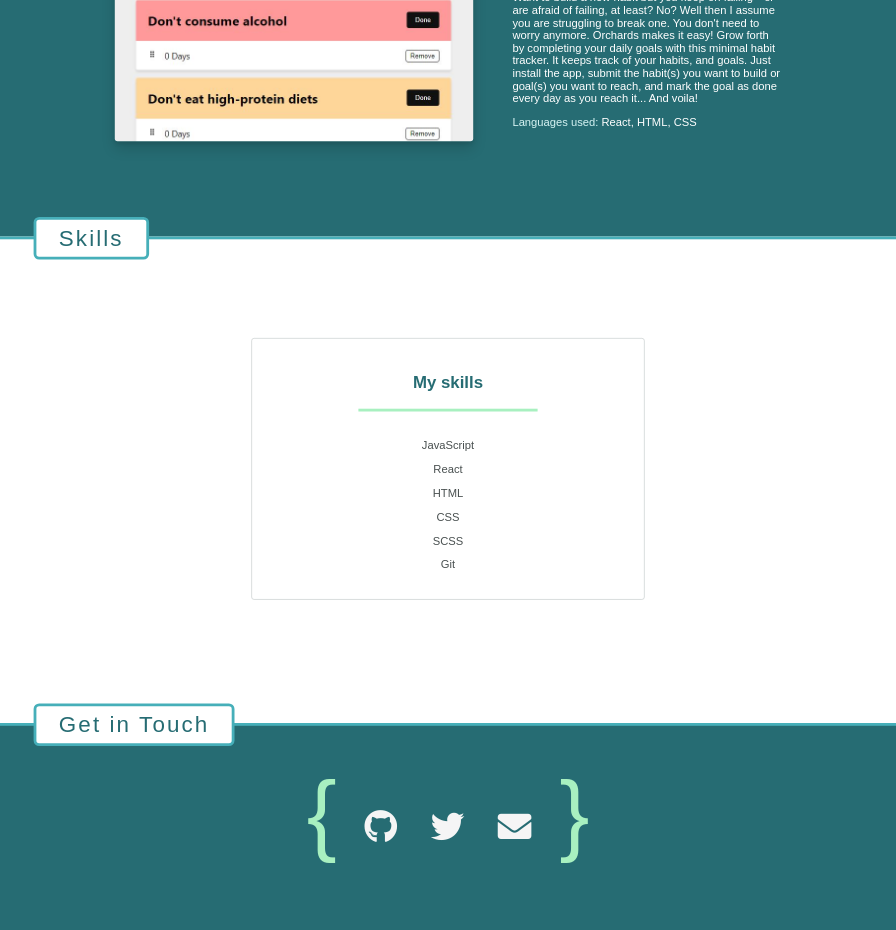
Repository: Abbaskhurram255/port
Page: /
The author's editor kept a copy of each file at every save. The page is drawn from the files as they stood at one save, then again after the next save.
The browser window is 1280 px wide. The pictures show the part of the page from y = 1757 to 3677 px (the page is 3086 px tall before and 3998 px after), at 70% of full size.
The page's requests for data from a server got no answer. Some web fonts or font styles are not loaded; a fallback is used. Some web libraries are served in a nearby version. The project was rebuilt for these pictures with package versions that can differ from the ones it lists, and the page was loaded fresh each time. No one was signed in, and anything a server would have sent is missing.

Above is the page before, as saved 2021-01-11 15:27:08.

### public/index.html
<!DOCTYPE html>
<html lang="en">
  <head>
    <meta charset="utf-8" />
    <meta
      name="viewport"
      content="width=device-width, initial-scale=1, shrink-to-fit=no"
    />
    <meta name="theme-color" content="#000000" />
    <meta property="og:title" content="Alex' Portfolio" />
    <meta
      property="og:description"
      content="A portfolio of web applications by Alex/ Khurram"
    />
    <meta property="og:url" content="https://www.abbaskhurram255.github.io/" />
    <meta property="og:image" content="/images/portfolio-home.jpg" />
    <title>Alex' Portfolio</title>
    <link
      href="https://fonts.googleapis.com/css?family=Muli:300,400,600,700"
      rel="stylesheet"
    />
    <link
      rel="stylesheet"
      href="https://use.fontawesome.com/releases/v5.4.2/css/all.css"
      integrity="sha384-/rXc/GQVaYpyDdyxK+ecHPVYJSN9bmVFBvjA/9eOB+pb3F2w2N6fc5qB9Ew5yIns"
      crossorigin="anonymous"
    />
  </head>

  <body>
    <noscript>You need to enable JavaScript to run this app.</noscript>
    <div id="root"></div>
  </body>
</html>

### src/index.tsx
import React from "react";
import ReactDOM from "react-dom";
import App from "./App";
import * as serviceWorker from "./serviceWorker";
import "./styles/styles.scss";

ReactDOM.render(<App />, document.getElementById("root"));

// If you want your app to work offline and load faster, you can change
// unregister() to register() below. Note this comes with some pitfalls.
// Learn more about service workers: http://bit.ly/CRA-PWA
serviceWorker.unregister();

### src/App.tsx
import * as React from "react";
import Contact from "./components/Contact";
import Home from "./components/Home";
import Navbar from "./components/Navbar";
import RecentWork from "./components/RecentWork";
import Skills from "./components/Skills";

class App extends React.Component {
  public render() {
    return (
      <div>
        <Navbar />
        <Home />
        <RecentWork />
        <Skills />
        <Contact />
      </div>
    );
  }
}

export default App;

### src/styles/styles.scss
@import "./base/settings";
@import "./base/base";
@import "./components/navbar";
@import "./components/home";
@import "./components/images";
@import "./components/recent-works";
@import "./components/projects";
@import "./components/project";
@import "./components/skills";
@import "./components/skill";
@import "./components/contact";
@import "./components/social";
@import "./components/section-title";

### src/components/Contact.tsx
import * as React from "react";
import utils from "../utils/constants";
import Social from "./Social";
import Title from "./Title";

const { GITHUB_URL, TWITTER_URL } = utils.social;
const { EMAIL } = utils.contact;

const Contact = () => {
  return (
    <div id="contact" className="contact">
      <Title title="Get in Touch" parentComponent="contact" />
      <div className="contact__social-links">
        <p className="contact__brackets">{"{"}</p>
        <Social socialIcon="fab fa-github" socialUrl={GITHUB_URL} />
        <Social socialIcon="fab fa-twitter" socialUrl={TWITTER_URL} />
        <Social socialIcon="fas fa-envelope" socialUrl={`mailto:${EMAIL}`} />
        <p className="contact__brackets">{"}"}</p>
      </div>
    </div>
  );
};

export default Contact;

### src/components/Home.tsx
import * as React from "react";
import Image from "./Image";
import Text from "./Text";
import Title from "./Title";

const Home = () => {
  return (
    <div className="home">
      <div className="home__text-container">
        <Title
          title="<Alex Puth (aka Khurram) />"
          parentComponent="home"
          subTitle="Front-End Developer"
        />
        <Text parentComponent="home" mobile="" />
      </div>
      <Image
        src="/images/headshot.jpg"
        alt="Headshot of Alex Puth"
        parentComponent="home"
      />
      <Text parentComponent="home" mobile="--mobile" />
    </div>
  );
};

export default Home;

### src/components/Navbar.tsx
import * as React from "react";

interface INavbarState {
  linkClass: string;
  isToggled: boolean;
}

class Navbar extends React.Component {
  public state = {
    isToggled: true,
    linkClass: "navbar__link"
  };

  public toggleNav = () => {
    const { isToggled } = this.state;
    this.setState({ isToggled: !isToggled });
    isToggled
      ? this.setState({ linkClass: "navbar__link--show" })
      : this.setState({ linkClass: "navbar__link" });
  };

  public render() {
    return (
      <div className="navbar">
        <a className="navbar__brand" href="#">
          <p className="navbar__brand-text">AP</p>
        </a>
        <i onClick={this.toggleNav} className="fas fa-bars navbar__hamburger" />
        <div className="navbar__link-box">
          <a className={this.state.linkClass} href="#">
            <p className="navbar__link-text">Home</p>
          </a>

          <a className={this.state.linkClass} href="#recent-works">
            <p className="navbar__link-text">Recent Work</p>
          </a>

          <a className={this.state.linkClass} href="#skills">
            <p className="navbar__link-text">Skills</p>
          </a>

          <a className={this.state.linkClass} href="#contact">
            <p className="navbar__link-text">Contact</p>
          </a>
        </div>
      </div>
    );
  }
}
export default Navbar;

### src/components/RecentWork.tsx
import * as React from "react";
import Projects from "./Projects";
import Title from "./Title";

const RecentWork = () => {
  return (
    <div id="recent-works" className="recent-works">
      <Title title="Recent Work" parentComponent="recent-works" />
      <Projects />
    </div>
  );
};

export default RecentWork;

### src/components/Skills.tsx
import * as React from "react";
import Skill from "./Skill";
import Title from "./Title";

const Skills = () => {
  const technicalSkills: string[] = [
    "JavaScript",
    "React",
    "HTML",
    "CSS",
    "SCSS",
    "Git"
  ];

  return (
    <div id="skills" className="skills">
      <Title title={"Skills"} parentComponent="skills" />
      <div className="skills__set-box">
        <Skill title="My skills" skills={technicalSkills} />
      </div>
    </div>
  );
};

export default Skills;

### src/styles/base/_base.scss
html {
  font-size: 62.5%;
  scroll-behavior: smooth;
}

body {
  margin: 0;
  background-color: $white;
}

button {
  cursor: pointer;
}

button:disabled {
  cursor: default;
}

### src/styles/components/_home.scss
.home {
  display: flex;
  flex-direction: column;
  justify-content: space-around;
  margin: $size-10 auto $size-8 auto;
  max-width: 100rem;
  padding: 0 $size-4;
  @media (min-width: $breakpoint-1) {
    margin: $size-10 25% $size-9 25%;
  }
  @media (min-width: $breakpoint-2) {
    flex-direction: row;
    margin: $size-10 auto $size-12 auto;
  }
}

.home__title-box {
  align-items: center;
  display: flex;
  flex-direction: column;
  justify-content: center;
  margin-top: $size-3;
  @media (min-width: $breakpoint-2) {
    margin: 0;
    margin-left: -$size-9;
    align-items: flex-start;
  }
}

.home__title {
  color: $primary-7;
  font-family: $header;
  font-size: $size-6;
  font-weight: 700;
  letter-spacing: 0.3rem;
  line-height: 1;
  margin: 0;
  @media (min-width: $breakpoint-1) {
    font-size: $size-6;
  }
  @media (min-width: $breakpoint-2 - 13) {
    font-size: $size-7;
  }
  @media (min-width: $breakpoint-3) {
    font-size: 7.2rem;
  }
}

.home__subtitle {
  color: $gray-5;
  font-family: $header;
  font-size: $size-4;
  font-weight: 300;
  margin: $size-3 0;
  @media (min-width: $breakpoint-1) {
    font-size: 1.8rem;
  }
  @media (min-width: $breakpoint-2 - 13) {
    font-size: $size-5;
  }
  @media (min-width: $breakpoint-3) {
    font-size: $size-6;
  }
}

.home__text-container {
  display: flex;
  flex-direction: column;
  justify-content: flex-end;
}

.home__text-box {
  border-left: $size-1 solid $secondary-2;
  margin-top: $size-6;
  padding: $size-5 $size-4;
  width: $size-14;
  @media (max-width: $breakpoint-2 - 1) {
    display: none;
  }
}

.home__text-box--mobile {
  border-left: $size-1 solid $secondary-2;
  box-sizing: border-box;
  margin-top: $size-6;
  padding: $size-2;
  width: 100%;
  @media (min-width: $breakpoint-2) {
    display: none;
  }
}

.home__text {
  color: $gray-7;
  font-family: $text;
  font-size: $size-3;
  line-height: 2;
  margin: 0;
  padding: $size-2;
  @media (min-width: $breakpoint-2) {
    font-size: $size-4;
  }
}

.home__text-link {
  @extend .home__text;
  color: $primary-7;
  padding: 0;
  text-decoration: none;
}

.home__text-link:hover {
  color: $primary-5;
}

### src/styles/components/images.scss
.home-image-box {
  background: $gradient-1;
  border-radius: $radius-2;
  box-shadow: $shadow-2;
  padding: $size-3;
  @media (min-width: $breakpoint-2) {
    display: block;
    padding: $size-7;
  }
}

.home-image {
  border-radius: $radius-2;
  box-shadow: $shadow-3;
  margin: 0;
  width: 100%;
  @media (min-width: $breakpoint-2) {
    margin-right: -$size-10;
    height: $size-13;
    width: $size-13;
  }
}

### src/styles/components/_recent-works.scss
.recent-works {
  align-items: center;
  background: $primary-7;
  border-top: $size-1 solid $primary-5;
  display: flex;
  flex-direction: column;
  padding-bottom: $size-2;
  @media (min-width: $breakpoint-1) {
    padding-left: 22%;
    padding-right: 22%;
  }
  @media (min-width: $breakpoint-2) {
    padding: 0;
    padding-bottom: $size-8;
  }
}

.recent-works__title-box {
  background: $white;
  border: $size-1 solid $primary-5;
  border-radius: $size-2;
  display: flex;
  flex-direction: column;
  justify-content: center;
  margin-top: -$size-5;
  padding: $size-2;
  @media (min-width: $breakpoint-2) {
    align-self: flex-start;
    margin-left: $size-7;
    margin-top: -$size-6;
    padding: $size-2 $size-6;
  }
}

.recent-works__title {
  color: $primary-7;
  font-family: $header;
  font-size: $size-4;
  font-weight: 400;
  letter-spacing: 0.3rem;
  margin: 0;
  padding: 0;
  @media (min-width: $breakpoint-2) {
    font-size: $size-6;
  }
}

### src/styles/components/_projects.scss
.projects {
  display: flex;
  flex-direction: column;
  justify-content: space-between;
  margin: $size-4 $size-7;
  width: 100%;
  @media (min-width: $breakpoint-2) {
    margin: $size-7;
    width: 100rem;
  }
}

### src/styles/components/_skills.scss
.skills {
  align-items: center;
  border-top: $size-1 solid $primary-5;
  display: flex;
  flex-direction: column;
  padding-bottom: $size-8;
  @media (min-width: $breakpoint-1) {
    padding-left: 20%;
    padding-right: 20%;
  }
  @media (min-width: $breakpoint-2) {
    padding: 0;
    padding-bottom: $size-8;
  }
}

.skills__title-box {
  background: $white;
  border: $size-1 solid $primary-5;
  border-radius: $size-2;
  display: flex;
  flex-direction: column;
  justify-content: center;
  margin-top: -$size-5;
  padding: $size-2;
  @media (min-width: $breakpoint-2) {
    align-self: flex-start;
    margin-left: $size-7;
    margin-top: -$size-6;
    padding: $size-2 $size-6;
  }
}

.skills__title {
  color: $primary-7;
  font-family: $header;
  font-size: $size-4;
  font-weight: 400;
  letter-spacing: 0.3rem;
  margin: 0;
  padding: 0;
  @media (min-width: $breakpoint-2) {
    font-size: $size-6;
  }
}

.skills__set-box {
  display: flex;
  flex-direction: column;
  justify-content: space-around;
  margin: 0;
  width: 100%;
  @media (min-width: $breakpoint-2) {
    flex-direction: row;
    margin: $size-9 $size-7;
    width: 100rem;
  }
}

### src/styles/components/_skill.scss
.skill {
  align-items: center;
  border: 1px solid $gray-3;
  border-radius: $radius-2;
  display: flex;
  flex-direction: column;
  margin: $size-4 auto;
  padding: $size-5;
  width: 80%;
  @media (min-width: $breakpoint-2) {
    margin: $size-4;
    padding: $size-5;
    width: $size-14;
  }
}

.skill__title-box {
  border-bottom: $size-1 solid $secondary-3;
  display: flex;
  justify-content: center;
  padding: 0;
  width: 100%;
  @media (min-width: $breakpoint-2) {
    width: $size-12;
  }
}

.skill__title {
  color: $primary-7;
  font-family: $text;
  font-size: $size-4;
  @media (min-width: $breakpoint-2) {
    font-size: $size-5;
  }
}

.skill__box {
  padding-top: $size-5;
  width: 100%;
}

.skill__name {
  color: $gray-7;
  font-family: $text;
  font-size: $size-4;
  text-align: center;
}

### src/styles/components/_contact.scss
.contact {
  align-items: center;
  border-top: $size-1 solid $primary-5;
  display: flex;
  flex-direction: column;
  background: #266c73;
}

.contact__title-box {
  background: $white;
  border: $size-1 solid $primary-5;
  border-radius: $size-2;
  display: flex;
  flex-direction: column;
  justify-content: center;
  margin-top: -$size-5;
  padding: $size-2 $size-6;
  @media (min-width: $breakpoint-2) {
    align-self: flex-start;
    margin-left: $size-7;
    margin-top: -$size-6;
  }
}

.contact__title {
  color: $primary-7;
  font-family: $header;
  font-size: $size-4;
  font-weight: 400;
  letter-spacing: 0.3rem;
  margin: 0;
  padding: 0;
  @media (min-width: $breakpoint-2) {
    font-size: $size-6;
  }
}

.contact__social-links {
  display: flex;
  color: rgb(48, 25, 25);
  margin: $size-8 0 $size-9 0;
}

.contact__brackets {
  color: $secondary-3;
  font-family: $text;
  font-size: $size-8;
  font-weight: 300;
  line-height: 0.5;
  margin: 0 $size-4;
  padding: 0;
  @media (min-width: $breakpoint-2) {
    display: block;
    font-size: $size-10;
  }
}

.fas:not(.navbar__hamburger), .fab {
  color: whitesmoke;
}

### src/styles/components/_social.scss
.social {
  color: $primary-5;
  font-size: $size-5;
  margin: $size-3;
  outline: none;
  transition-property: color, transform;
  transition-duration: 0.1s;
  transition-timing-function: ease;
  @media (min-width: $breakpoint-2) {
    font-size: $size-7;
    margin: $size-5;
  }
}

.social:hover,
.social:focus {
  color: $primary-6;
  transform: scale(1.2);
}

### src/styles/components/_section-title.scss
.section-title__box {
  align-self: flex-start;
  background: $white;
  border: $size-1 solid $primary-8;
  border-radius: $size-2;
  display: flex;
  flex-direction: column;
  justify-content: center;
  margin: -$size-6 0 0 $size-7;
  padding: $size-2 $size-6;
}

.section-title {
  color: $primary-7;
  font-family: $header;
  font-size: $size-6;
  font-weight: 400;
  letter-spacing: 0.3rem;
  margin: 0;
  padding: 0;
}

### src/utils/constants.ts
export default {
  contact: {
    EMAIL: process.env.REACT_APP_EMAIL || "abbaskhuram255@gmail.com"
  },
  social: {
    GITHUB_URL:
      process.env.REACT_APP_GITHUB_URL || "https://github.com/abbaskhurram255",
    TWITTER_URL:
      process.env.REACT_APP_TWITTER_URL || "https://twitter.com/alexputh255",
  }
};

### src/components/Social.tsx
import * as React from "react";

interface ISocialProps {
  socialIcon: string;
  socialUrl: string;
}

const Social = (props: ISocialProps) => {
  const { socialIcon, socialUrl } = props;
  return (
    <a
      href={socialUrl}
      rel="noopener noreferrer"
      className="social"
      target="_blank"
    >
      <i className={socialIcon} />
    </a>
  );
};

export default Social;

### src/components/Title.tsx
import * as React from "react";

interface ITitleProps {
  title: string;
  parentComponent: string;
  subTitle?: string;
}

const Title = (props: ITitleProps) => {
  const { title, subTitle, parentComponent: component } = props;
  return (
    <div className={`${component}__title-box`}>
      <h1 className={`${component}__title`}>{title}</h1>
      {subTitle && <h2 className={`${component}__subtitle`}>{subTitle}</h2>}
    </div>
  );
};

export default Title;

### src/components/Image.tsx
import * as React from "react";

interface IImageProps {
  src: string;
  alt: string;
  parentComponent: string;
}

const Image = (props: IImageProps) => {
  const { src, alt, parentComponent: component } = props;
  return (
    <div className={`${component}-image-box`}>
      <img src={`/Portfolio${src}`} alt={alt} className={`${component}-image`} />
    </div>
  );
};

export default Image;

### src/components/Text.tsx
import * as React from "react";

interface ITextProps {
  parentComponent: string;
  mobile: string;
}

const Text = (props: ITextProps) => {
  const { parentComponent: component, mobile } = props;
  return (
    <div className={`${component}__text-box${mobile}`}>
      <p className={`${component}__text`}>
        Hi, my name is Alex, and I'm a frontend developer. I love using
        functional programming concepts in JavaScript and building web
        applications with it. I'm a coding enthusiast. I've been creating web
        applications since I was 13 - I'm 19 now. It's been my hobby
        since I was a kid, the programming. {" "}
      </p>
      <p className={`${component}__text`}>I'm currently
        trying to get familiar with Vue, and Angular.</p>
    </div>
  );
};

export default Text;

### src/components/Projects.tsx
import * as React from "react";
import { projects } from "../utils/data";
import Project from "./Project";

const Projects = () => (
  <div className="projects">
    {projects.map(project => (
      <Project
        project={project.name}
        projectDescription={project.description}
        projectSourceCode={project.sourceCode}
        projectTools={project.tools}
        projectUrl={project.url}
        image={project.image}
        androidVLink={project.androidVLink}
        key={project.name}
      />
    ))}
  </div>
);

export default Projects;

### src/components/Skill.tsx
import * as React from "react";

interface ISkillProps {
  skills: string[];
  title: string;
}

const DeveloperSkills = (props: ISkillProps) => {
  const { skills, title } = props;
  return (
    <div className="skill">
      <div className="skill__title-box">
        <h3 className="skill__title">{title}</h3>
      </div>
      <div className="skill__box">
        {skills.map((skill: string) => (
          <p className="skill__name" key={skill}>
            {skill}
          </p>
        ))}
      </div>
    </div>
  );
};

export default DeveloperSkills;

### src/utils/data.ts

interface IProject {
  description: string;
  image: string;
  name: string;
  androidVLink: string;
  sourceCode: string;
  tools: string;
  url: string;
}

export const projects: IProject[] = [
  {
    description:
      "'Chatterbox' is a responsive web app that assists its users. It lets you know what the weather is like right now, generates you a random password for better security, remind you on events like Christmas, New Year's Eve, New Year's Day, and your birthday. It also helps you schedule your day or week, take notes; has built-in calculator, calendar/ appointments scheduler, currency converter, stopwatch, BMI Calculator, Unit Converter, Habit Tracker, Mortgage Calculator, Expense Tracker, Meal finder, Calories Tracker, Net worth Tracker, MyBookList, Movies' & TV series' cast & ratings' database, an app that motivates, lyrics-plus-encyclopedia app, recipes app, book reader, some fun games to kill your boredom, and whatnot. A simple app with multiple built-in tools!",
    image: "chatterbox",
    name: "Chatterbox",
    androidVLink: "about:blank",
    sourceCode: "https://github.com/Abbaskhurram255/Chatterbox/",
    tools: "Vanilla JavaScript, React, HTML, (S)CSS, JQuery",
    url: "https://abbaskhurram255.github.io/Chatterbox/getting-started"
  },
  {
    description:
      "The Maze is a game of challenging mazes. It has 5 difficulty levels, and each of them has infinite mazes and stages. So, this means that the game has no repeating mazes! Well, let's see if you can beat the computer",
    image: "maze",
    name: "The Maze",
    androidVLink: "https://github.com/Abbaskhurram255/maze/blob/main/public/android/the-maze.apk?raw=true",
    sourceCode: "https://github.com/Abbaskhurram255/maze/",
    tools: "TS.React, HTML, SCSS",
    url: "https://alexs-maze-game.netlify.app"
  },
  {
    description:
      "Want to build a new habit but you keep on failing---or are afraid of failing, at least? No? Well then I assume you are struggling to break one. You don't need to worry anymore. Orchards makes it easy! Grow forth by completing your daily goals with this minimal habit tracker. It keeps track of your habits, and goals. Just install the app, submit the habit(s) you want to build or goal(s) you want to reach, and mark the goal as done every day as you reach it... And voila!",
    image: "orchard",
    name: "Orchard",
    androidVLink: "https://github.com/Abbaskhurram255/habit-builder/blob/main/build/android/orchard.apk?raw=true",
    sourceCode: "https://github.com/Abbaskhurram255/habit-builder",
    tools: "React, HTML, CSS",
    url: "https://abbaskhurram255.github.io/habit-builder"
  }
];

Loaded but not shown: src/serviceWorker.ts (common file); src/styles/components/_project.scss (148 lines, source omitted); src/styles/base/_settings.scss (89 lines, source omitted); src/styles/components/_navbar.scss (137 lines, source omitted); src/components/Project.tsx (95 lines, source omitted)

After the next save:
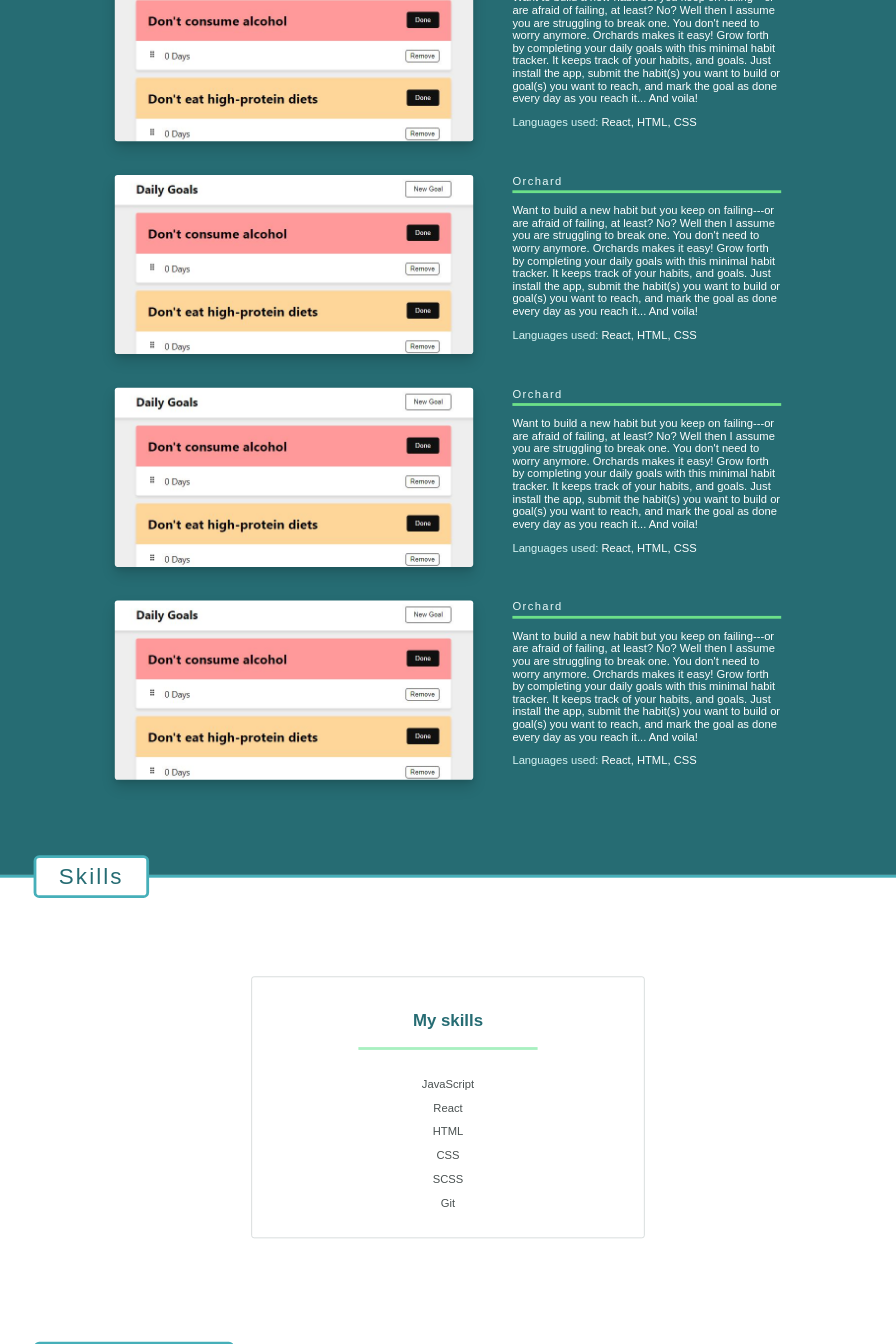
Saved 92 s later.
--- a/src/utils/data.ts
+++ b/src/utils/data.ts
@@ -39,5 +39,35 @@
     sourceCode: "https://github.com/Abbaskhurram255/habit-builder",
     tools: "React, HTML, CSS",
     url: "https://abbaskhurram255.github.io/habit-builder"
+  },
+  {
+    description:
+      "Want to build a new habit but you keep on failing---or are afraid of failing, at least? No? Well then I assume you are struggling to break one. You don't need to worry anymore. Orchards makes it easy! Grow forth by completing your daily goals with this minimal habit tracker. It keeps track of your habits, and goals. Just install the app, submit the habit(s) you want to build or goal(s) you want to reach, and mark the goal as done every day as you reach it... And voila!",
+    image: "orchard",
+    name: "Orchard",
+    androidVLink: "https://github.com/Abbaskhurram255/habit-builder/blob/main/build/android/orchard.apk?raw=true",
+    sourceCode: "https://github.com/Abbaskhurram255/habit-builder",
+    tools: "React, HTML, CSS",
+    url: "https://abbaskhurram255.github.io/habit-builder"
+  },
+  {
+    description:
+      "Want to build a new habit but you keep on failing---or are afraid of failing, at least? No? Well then I assume you are struggling to break one. You don't need to worry anymore. Orchards makes it easy! Grow forth by completing your daily goals with this minimal habit tracker. It keeps track of your habits, and goals. Just install the app, submit the habit(s) you want to build or goal(s) you want to reach, and mark the goal as done every day as you reach it... And voila!",
+    image: "orchard",
+    name: "Orchard",
+    androidVLink: "https://github.com/Abbaskhurram255/habit-builder/blob/main/build/android/orchard.apk?raw=true",
+    sourceCode: "https://github.com/Abbaskhurram255/habit-builder",
+    tools: "React, HTML, CSS",
+    url: "https://abbaskhurram255.github.io/habit-builder"
+  },
+  {
+    description:
+      "Want to build a new habit but you keep on failing---or are afraid of failing, at least? No? Well then I assume you are struggling to break one. You don't need to worry anymore. Orchards makes it easy! Grow forth by completing your daily goals with this minimal habit tracker. It keeps track of your habits, and goals. Just install the app, submit the habit(s) you want to build or goal(s) you want to reach, and mark the goal as done every day as you reach it... And voila!",
+    image: "orchard",
+    name: "Orchard",
+    androidVLink: "https://github.com/Abbaskhurram255/habit-builder/blob/main/build/android/orchard.apk?raw=true",
+    sourceCode: "https://github.com/Abbaskhurram255/habit-builder",
+    tools: "React, HTML, CSS",
+    url: "https://abbaskhurram255.github.io/habit-builder"
   }
 ];
